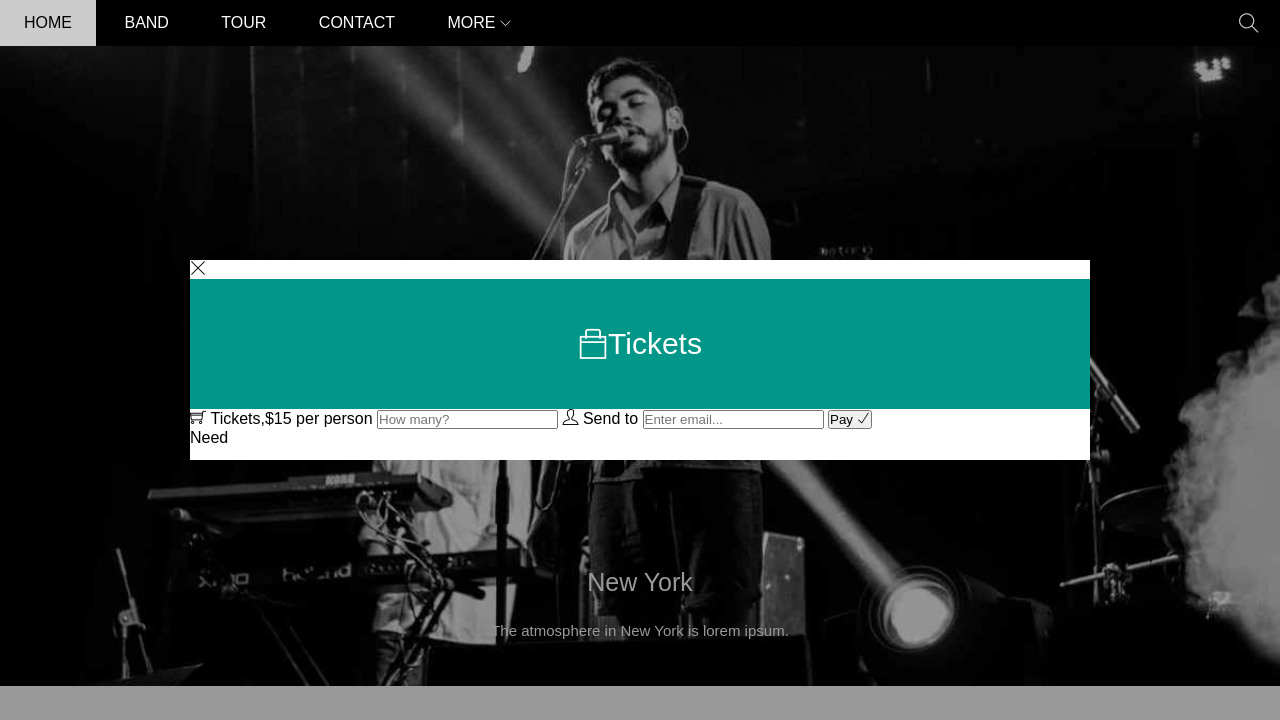
Repository: BrandonTuan777/The_Band
Page: index.html
An editor plug-in stored every save of this project. The page is shown before and after the next save, followed by the edit.
The browser window is 1280 px wide. The pictures show the window.
A layer covers the whole window, so only the first screen is drawn.

Above is the page before, as saved 2022-04-17 20:59:41.

After the next save:
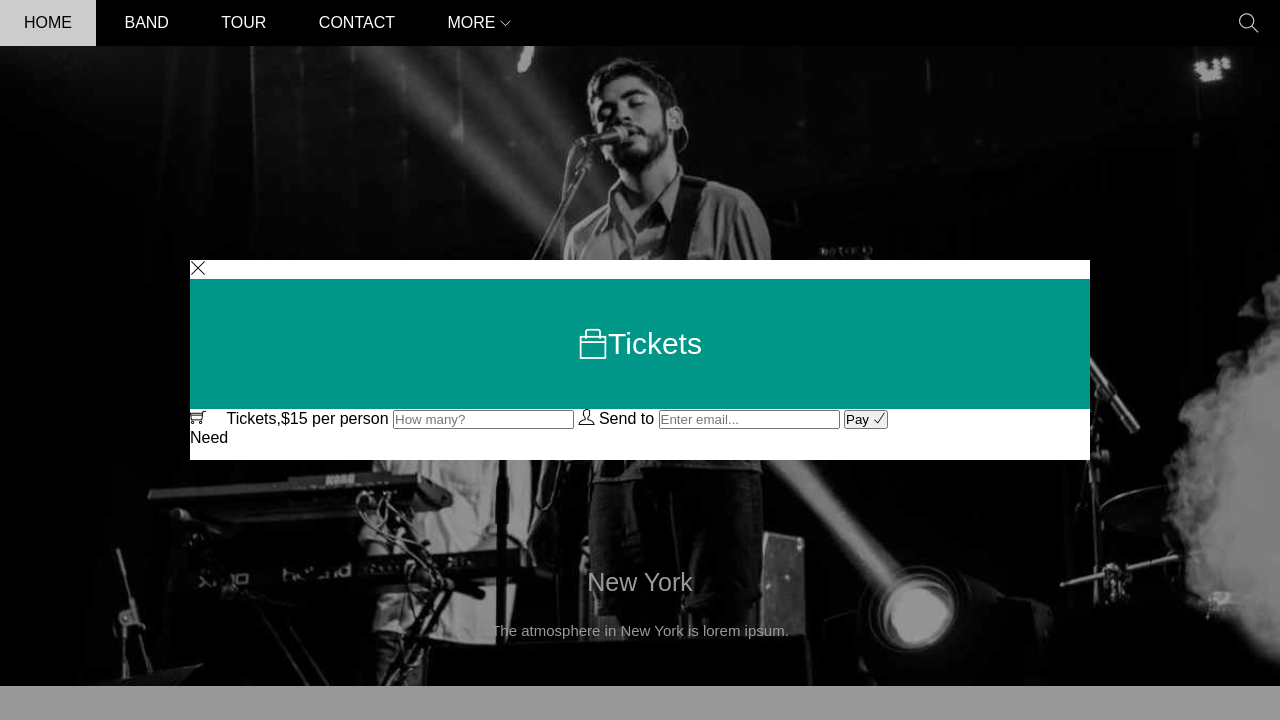
Saved 7 s later.
--- a/index.html
+++ b/index.html
@@ -261,7 +261,7 @@
 
         <div class="modal-body">
           <label for="" class="modal-label"">
-            <i class="ti-shopping-cart" style="margin-right: ;"></i>
+            <i class="ti-shopping-cart" style="margin-right:16px ;"></i>
             Tickets,$15 per person
           </label>
           <input type="text" class="modal-input" placeholder="How many?">
